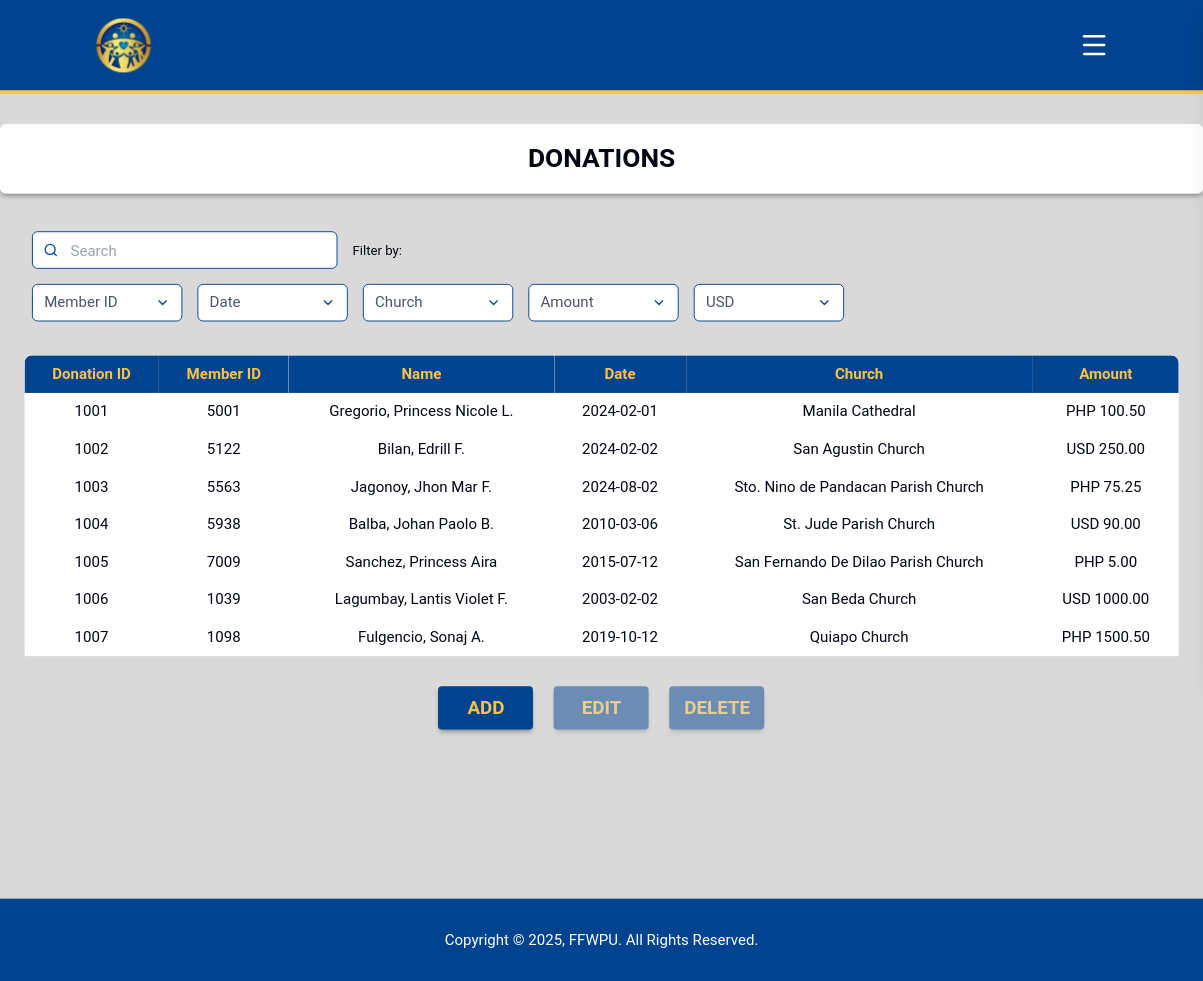
Repository: CoderTofu/FFWPU_System
Page: /donation
These files come from the project's save history. The page is drawn as it stood at one moment and after the next save; the edit follows.
The browser window is 1280 px wide. The pictures show the whole page, at 94% of full size.
The project was rebuilt for these pictures with package versions that can differ from the ones it lists, and the page was loaded fresh each time. The framework's server and built-in components were replaced by stand-ins that run in the browser. Also part of the build but not shown: next.config.ts, src/components/NavbarPublic.tsx, src/components/FooterPublic.tsx, src/lib/utils.ts, src/components/ui/dialog.tsx, src/components/ui/button.tsx, src/components/Modal.tsx.

Above is the page before, as saved 2025-03-07 10:59:56.

### src/app/layout.tsx
import type { Metadata } from "next";
import "./globals.css";
import Preloader from "../components/Preloader";
import LayoutWrapper from "@/components/LayoutWrapper";

export const metadata: Metadata = {
  title: "FFWPU-System",
  description: "Created to help the FFWPU organization",
};

export default function RootLayout({
  children,
}: Readonly<{ children: React.ReactNode }>) {
  return (
    <html lang="en">
      <link rel="icon" href="/icons/ffwpu_icon.svg" sizes="any" />
      <body className="antialiased min-h-screen flex flex-col bg-[#f1f1f1]">
        <Preloader />
        <LayoutWrapper>{children}</LayoutWrapper>
      </body>
    </html>
  );
}

### src/app/globals.css
@tailwind base;
@tailwind components;
@tailwind utilities;

@import url("https://fonts.googleapis.com/css2?family=Roboto:ital,wght@0,100..900;1,100..900&display=swap");

:root {
  --roboto-font: "Roboto", "arial";
}

* {
  font-family: var(--roboto-font);
}



@layer base {
  :root {
    --background: 0 0% 100%;
    --foreground: 224 71.4% 4.1%;
    --card: 0 0% 100%;
    --card-foreground: 224 71.4% 4.1%;
    --popover: 0 0% 100%;
    --popover-foreground: 224 71.4% 4.1%;
    --primary: 220.9 39.3% 11%;
    --primary-foreground: 210 20% 98%;
    --secondary: 220 14.3% 95.9%;
    --secondary-foreground: 220.9 39.3% 11%;
    --muted: 220 14.3% 95.9%;
    --muted-foreground: 220 8.9% 46.1%;
    --accent: 220 14.3% 95.9%;
    --accent-foreground: 220.9 39.3% 11%;
    --destructive: 0 84.2% 60.2%;
    --destructive-foreground: 210 20% 98%;
    --border: 220 13% 91%;
    --input: 220 13% 91%;
    --ring: 224 71.4% 4.1%;
    --chart-1: 12 76% 61%;
    --chart-2: 173 58% 39%;
    --chart-3: 197 37% 24%;
    --chart-4: 43 74% 66%;
    --chart-5: 27 87% 67%;
    --radius: 0.5rem;
  }
  .dark {
    --background: 224 71.4% 4.1%;
    --foreground: 210 20% 98%;
    --card: 224 71.4% 4.1%;
    --card-foreground: 210 20% 98%;
    --popover: 224 71.4% 4.1%;
    --popover-foreground: 210 20% 98%;
    --primary: 210 20% 98%;
    --primary-foreground: 220.9 39.3% 11%;
    --secondary: 215 27.9% 16.9%;
    --secondary-foreground: 210 20% 98%;
    --muted: 215 27.9% 16.9%;
    --muted-foreground: 217.9 10.6% 64.9%;
    --accent: 215 27.9% 16.9%;
    --accent-foreground: 210 20% 98%;
    --destructive: 0 62.8% 30.6%;
    --destructive-foreground: 210 20% 98%;
    --border: 215 27.9% 16.9%;
    --input: 215 27.9% 16.9%;
    --ring: 216 12.2% 83.9%;
    --chart-1: 220 70% 50%;
    --chart-2: 160 60% 45%;
    --chart-3: 30 80% 55%;
    --chart-4: 280 65% 60%;
    --chart-5: 340 75% 55%;
  }
}



@layer base {
  * {
    @apply border-border outline-ring/50;
  }
  body {
    @apply bg-background text-foreground;
  }
}

### src/components/Preloader.tsx
"use client";

import { useState, useEffect } from "react";

export default function Preloader() {
  const [loading, setLoading] = useState(true);

  useEffect(() => {
    const timer = setTimeout(() => {
      setLoading(false);
    }, 1000); // Adjust this time as needed

    return () => clearTimeout(timer);
  }, []);

  if (!loading) return null;

  return (
    <div className="fixed inset-0 z-50 flex items-center justify-center bg-white">
      <div className="h-16 w-16 animate-spin rounded-full border-4 border-solid border-primary border-t-transparent"></div>
    </div>
  );
}

### src/components/LayoutWrapper.tsx
"use client";

import { usePathname } from "next/navigation";
import NavbarPublic from "@/components/navbarPublic";
import NavbarPrivate from "@/components/navbarPrivate";
import FooterPublic from "@/components/footerPublic";
import FooterPrivate from "@/components/footerPrivate";

export default function LayoutWrapper({
  children,
}: {
  children: React.ReactNode;
}) {
  const pathname = usePathname();

  // Define private routes
  const isPublic =
    pathname.startsWith("/about") ||
    pathname.startsWith("/contact") ||
    pathname.startsWith("/login") ||
    pathname.endsWith("/"); // Home page

  return (
    <>
      {isPublic ? <NavbarPublic /> : <NavbarPrivate />}
      <main className="min-h-screen flex-grow">{children}</main>
      {isPublic ? <FooterPublic /> : <FooterPrivate />}
    </>
  );
}

### src/components/Table.tsx
"use client";  // Sabi ni chatgpt need ito hahaha

import React, { useState, useEffect, useRef } from "react";
import { useRouter } from "next/navigation";

interface TableProps {
  data: { [key: string]: any }[];
  columns: { [key in "lg" | "md" | "sm"]: string[] };
  rowDoubleClickPath?: string; // Path where the row should redirect
  onRowSelect?: (row: any | null) => void;
}

const Table: React.FC<TableProps> = ({ data, columns, rowDoubleClickPath, onRowSelect}) => {
  const [tableSize, setTableSize] = useState<"lg" | "md" | "sm">("lg");
  const [selectedRow, setSelectedRow] = useState<number | null>(null);
  const router = useRouter();
  const tableRef = useRef<HTMLDivElement>(null);

  // Automatically update table size based on screen width
  useEffect(() => {
    const updateTableSize = () => {
      const width = window.innerWidth;
      if (width >= 1024) setTableSize("lg");
      else if (width >= 768) setTableSize("md");
      else setTableSize("sm");
    };

    updateTableSize(); // Set initial size
    window.addEventListener("resize", updateTableSize);
    return () => window.removeEventListener("resize", updateTableSize);
  }, []);

  const visibleHeaders = columns[tableSize];

  {/*Handles Single Click Selection*/}
  const handleRowClick = (index: number, row: any) => {
    setSelectedRow(index);
    if (onRowSelect) {
      onRowSelect(row); // Send selected row to parent component
    }
  };

  {/*Handles Clicks Outside Rows to Deselect*/}
  useEffect(() => {
    const handleClickOutside = (event: MouseEvent) => {
      if (tableRef.current && !tableRef.current.contains(event.target as Node)) {
        setSelectedRow(null);
        if (onRowSelect) {
          onRowSelect(null); // Notify parent
        }
      }
    };

    document.addEventListener("click", handleClickOutside);
    return () => document.removeEventListener("click", handleClickOutside);
  }, []);

  {/*Handles Double Click Redirection*/}
  const handleRowDoubleClick = (row: any) => {
    if (rowDoubleClickPath) {
      router.push(`${rowDoubleClickPath}/${row.ID}`); // Redirect with ID in URL
    }
  };

  return (
    <div ref={tableRef} className="overflow-x-auto min-h-[300px] max-h-[450px] overflow-y-auto rounded-lg">
      <table className="min-w-full border-gray-300 bg-white rounded-lg">
        {/* Table Head */}
        <thead className="bg-gray-200 sticky top-0">
          <tr className="bg-[#01438F] text-[#FCC346] cursor-pointer">
            {visibleHeaders.map((header) => (
              <th key={header} className="px-4 py-2 text-center top-0">
                {header}
              </th>
            ))}
          </tr>
        </thead>

        {/* Table Body */}
        <tbody>
          {data.map((row, index) => (
            <tr key={index} className={`cursor-pointer transition
              ${selectedRow === index ? "bg-[#E7E6E6]" : "hover:bg-[#E7E6E6]"}`}
            onClick={() => handleRowClick(index, row)}
            onDoubleClick={() => handleRowDoubleClick(row)}>
              {visibleHeaders.map((header) => (
                <td key={header} className="px-4 py-2 text-center">
                  {row[header] ?? "-"}
                </td>
              ))}
            </tr>
          ))}
        </tbody>
      </table>
    </div>
  );
};

export default Table;

### src/components/DonationModals.tsx
"use client";
import { useRef, useEffect, useState } from "react";
import { ChevronDown, Search } from "lucide-react";

interface DataItem {
  "Donation ID": number;
  "Member ID": number;
  Name: string;
  Date: string;
  Church: string;
  Amount: string;
}

interface FilterDropdownProps {
  handleSort: (key: keyof DataItem, order: "asc" | "desc") => void;
  openSortDropdown: string | null;
  toggleSortDropdown: (dropdown: string | null) => void;
}

const exchangeRates = {
  USD: 1,
  PHP: 55, // Example: 1 USD = 55 PHP
};

// donation-modals.tsx

export default function DonationModals({
  handleSort,
  openSortDropdown,
  toggleSortDropdown,
}: FilterDropdownProps) {
  const dropdownRef = useRef<HTMLDivElement>(null);
  const [selectedFilters, setSelectedFilters] = useState<{ [key: string]: string }>({});
  const [currency, setCurrency] = useState<string>("USD");

  useEffect(() => {
    const handleClickOutside = (event: MouseEvent) => {
      if (dropdownRef.current && !dropdownRef.current.contains(event.target as Node)) {
        toggleSortDropdown(null);
      }
    };
    document.addEventListener("mousedown", handleClickOutside);
    return () => document.removeEventListener("mousedown", handleClickOutside);
  }, [toggleSortDropdown]);

  const filterKeyMap: { [key: string]: keyof DataItem } = {
    "Member ID": "Member ID",
    Date: "Date",
    Church: "Church",
    Amount: "Amount",
  };

  const handleCurrencyChange = (selectedCurrency: string) => {
    setCurrency(selectedCurrency);
  };

  return (
    <div className="flex flex-wrap items-center gap-4">
      <div className="relative min-w-[250px] sm:w-[275px] md:w-[300px] lg:w-[325px]">
        <Search className="absolute left-3 top-1/2 transform -translate-y-1/2 w-4 h-4 text-[#01438F]" />
        <input
          className="w-full h-10 pl-10 border border-[#01438F] rounded-md outline-none"
          type="text"
          placeholder="Search"
        />
      </div>

      <span className="text-[14px] flex-wrap sm:w-auto w-full">Filter by:</span>

      <div ref={dropdownRef} className="flex flex-wrap items-center gap-4 sm:w-auto">
        {["Member ID", "Date", "Church", "Amount"].map((filter) => (
          <div key={filter} className="relative">
            <button
              onClick={() => toggleSortDropdown(openSortDropdown === filter ? null : filter)}
              className="w-[120px] md:w-[140px] lg:w-[160px] h-10 border border-[#01438F] rounded-md px-3 outline-none bg-white text-gray-600 flex justify-between items-center"
            >
              {filter}
              <ChevronDown className="w-4 h-4 text-[#01438F]" />
            </button>

            {openSortDropdown === filter && (
              <div className="absolute mt-1 w-full bg-white border border-[#01438F] rounded-md shadow-md z-10">
                <label className="flex items-center px-3 py-2 hover:bg-gray-200 hover:rounded-sm">
                  <input
                    type="radio"
                    name={filter}
                    className="mr-2"
                    checked={selectedFilters[filter] === "Ascending"}
                    onChange={() => {
                      setSelectedFilters({ ...selectedFilters, [filter]: "Ascending" });
                      handleSort(filterKeyMap[filter], "asc");
                      toggleSortDropdown(null);
                    }}
                  />
                  Ascending
                </label>
                <label className="flex items-center px-3 py-2 hover:bg-gray-200 hover:rounded-sm">
                  <input
                    type="radio"
                    name={filter}
                    className="mr-2"
                    checked={selectedFilters[filter] === "Descending"}
                    onChange={() => {
                      setSelectedFilters({ ...selectedFilters, [filter]: "Descending" });
                      handleSort(filterKeyMap[filter], "desc");
                      toggleSortDropdown(null);
                    }}
                  />
                  Descending
                </label>
              </div>
            )}
          </div>
        ))}

        {/* Currency Selector should be handled as its own dropdown outside of the main filter section */}
        <div className="relative">
          <button
            onClick={() => toggleSortDropdown(openSortDropdown === "Currency" ? null : "Currency")}
            className="w-[120px] md:w-[140px] lg:w-[160px] h-10 border border-[#01438F] rounded-md px-3 outline-none bg-white text-gray-600 flex justify-between items-center"
          >
            {currency}
            <ChevronDown className="w-4 h-4 text-[#01438F]" />
          </button>

          {openSortDropdown === "Currency" && (
            <div className="absolute mt-1 w-full bg-white border border-[#01438F] rounded-md shadow-md z-10">
              <label className="flex items-center px-3 py-2 hover:bg-gray-200 hover:rounded-sm">
                <input
                  type="radio"
                  name="currency"
                  className="mr-2"
                  checked={currency === "USD"}
                  onChange={() => handleCurrencyChange("USD")}
                />
                USD
              </label>
              <label className="flex items-center px-3 py-2 hover:bg-gray-200 hover:rounded-sm">
                <input
                  type="radio"
                  name="currency"
                  className="mr-2"
                  checked={currency === "PHP"}
                  onChange={() => handleCurrencyChange("PHP")}
                />
                PHP
              </label>
            </div>
          )}
        </div>
      </div>
    </div>
  );
}

### src/components/NavbarPrivate.tsx
/* eslint-disable @next/next/no-img-element */
"use client";

import { useState, useEffect } from "react";
import { Menu, X, ArrowRight, CircleUserRound } from "lucide-react"; // Added more icons

export default function NavbarPublic() {
  const [isSidebarOpen, setIsSidebarOpen] = useState(false);

  // Prevent scrolling when sidebar is open
  useEffect(() => {
    if (isSidebarOpen) {
      document.body.style.overflow = "hidden";
    } else {
      document.body.style.overflow = "unset";
    }
    return () => {
      document.body.style.overflow = "unset";
    };
  }, [isSidebarOpen]);

  const navItems = [
    { name: "Member Information", href: "/member" },
    { name: "Worship Event", href: "/worship" },
    { name: "Blessings Management", href: "/blessing" },
    { name: "Donations", href: "/donation" },
    { name: "Reporting", href: "/reporting" },
    { name: "CMS", href: "/cms" },
  ];

  return (
    <div className="bg-[#01438F] border-b-4 border-[#FCC346] text-white p-4 px-[100px] min-h-[100px] flex justify-between items-center">
      {/* Logo */}
      <div className="flex gap-4 items-center">
        <a href={"/"}>
          <img
            src="/icons/ffwpu_icon.svg"
            className="h-full w-auto"
            alt="Site Icon"
          />
        </a>
      </div>

      {/* Mobile Menu Button */}
      <button
        className="transition-transform duration-200 ease-in-out hover:scale-110"
        onClick={() => setIsSidebarOpen(true)}
      >
        <Menu className="w-8 h-8" />
      </button>

      {/* Sidebar (Mobile Navigation) */}
      <div
        className={`z-50 fixed top-0 right-0 w-64 h-full ${
          isSidebarOpen ? "translate-x-0" : "translate-x-full"
        } bg-[#01438F] shadow-xl p-6 flex flex-col gap-6 text-lg transition-all duration-300 border-yellow-400 border-l-8`}
      >
        <div className="flex justify-between items-center mb-8">
          <h2 className="text-2xl font-bold text-yellow-400">FFWPU</h2>
          <button
            className="transition-transform duration-200 ease-in-out hover:scale-110 hover:rotate-90"
            onClick={() => setIsSidebarOpen(false)}
          >
            <X className="w-8 h-8" />
          </button>
        </div>

        <div className="flex flex-col justify-center items-center">
          <CircleUserRound className="w-28 h-28" />
          <h3 className="mt-1 text-xl font-light italic text-center">
            Welcome, <br />
            Admin!
          </h3>
        </div>

        {navItems.map((item, index) => (
          <a
            key={item.name + index}
            className="flex items-center hover:bg-blue-700 p-2 rounded-md transition-all duration-200 hover:translate-x-2 text-base"
            href={item.href}
            onClick={() => setIsSidebarOpen(false)}
          >
            {item.name}
          </a>
        ))}

        <a
          href={"/"}
          className="mt-auto transition-all duration-200 hover:scale-110 justify-center items-center flex "
        >
          <ArrowRight className="w-12 h-12" />
        </a>
      </div>

      {/* Overlay */}
      {isSidebarOpen && (
        <div
          className="fixed inset-0 bg-black bg-opacity-50 z-40 transition-opacity duration-300 ease-in-out"
          onClick={() => setIsSidebarOpen(false)}
        />
      )}
    </div>
  );
}

### src/components/FooterPrivate.tsx
export default function FooterPrivate() {
  return (
    <div className="bg-[#01438F] text-white p-8 text-center">
      Copyright © 2025, FFWPU. All Rights Reserved.
    </div>
  );
}

### tailwind.config.ts
import type { Config } from "tailwindcss";

export default {
    darkMode: ["class"],
    content: [
    "./src/pages/**/*.{js,ts,jsx,tsx,mdx}",
    "./src/components/**/*.{js,ts,jsx,tsx,mdx}",
    "./src/app/**/*.{js,ts,jsx,tsx,mdx}",
    "./src/components/*.{js,ts,jsx,tsx,mdx}",
  ],
  theme: {
  	extend: {
  		borderRadius: {
  			lg: 'var(--radius)',
  			md: 'calc(var(--radius) - 2px)',
  			sm: 'calc(var(--radius) - 4px)'
  		},
  		colors: {
  			background: 'hsl(var(--background))',
  			foreground: 'hsl(var(--foreground))',
  			card: {
  				DEFAULT: 'hsl(var(--card))',
  				foreground: 'hsl(var(--card-foreground))'
  			},
  			popover: {
  				DEFAULT: 'hsl(var(--popover))',
  				foreground: 'hsl(var(--popover-foreground))'
  			},
  			primary: {
  				DEFAULT: 'hsl(var(--primary))',
  				foreground: 'hsl(var(--primary-foreground))'
  			},
  			secondary: {
  				DEFAULT: 'hsl(var(--secondary))',
  				foreground: 'hsl(var(--secondary-foreground))'
  			},
  			muted: {
  				DEFAULT: 'hsl(var(--muted))',
  				foreground: 'hsl(var(--muted-foreground))'
  			},
  			accent: {
  				DEFAULT: 'hsl(var(--accent))',
  				foreground: 'hsl(var(--accent-foreground))'
  			},
  			destructive: {
  				DEFAULT: 'hsl(var(--destructive))',
  				foreground: 'hsl(var(--destructive-foreground))'
  			},
  			border: 'hsl(var(--border))',
  			input: 'hsl(var(--input))',
  			ring: 'hsl(var(--ring))',
  			chart: {
  				'1': 'hsl(var(--chart-1))',
  				'2': 'hsl(var(--chart-2))',
  				'3': 'hsl(var(--chart-3))',
  				'4': 'hsl(var(--chart-4))',
  				'5': 'hsl(var(--chart-5))'
  			}
  		}
  	}
  },
  plugins: [require("tailwindcss-animate")],
} satisfies Config;

Loaded but not shown: src/app/(private)/donation/page.tsx (169 lines, source omitted)

After the next save:
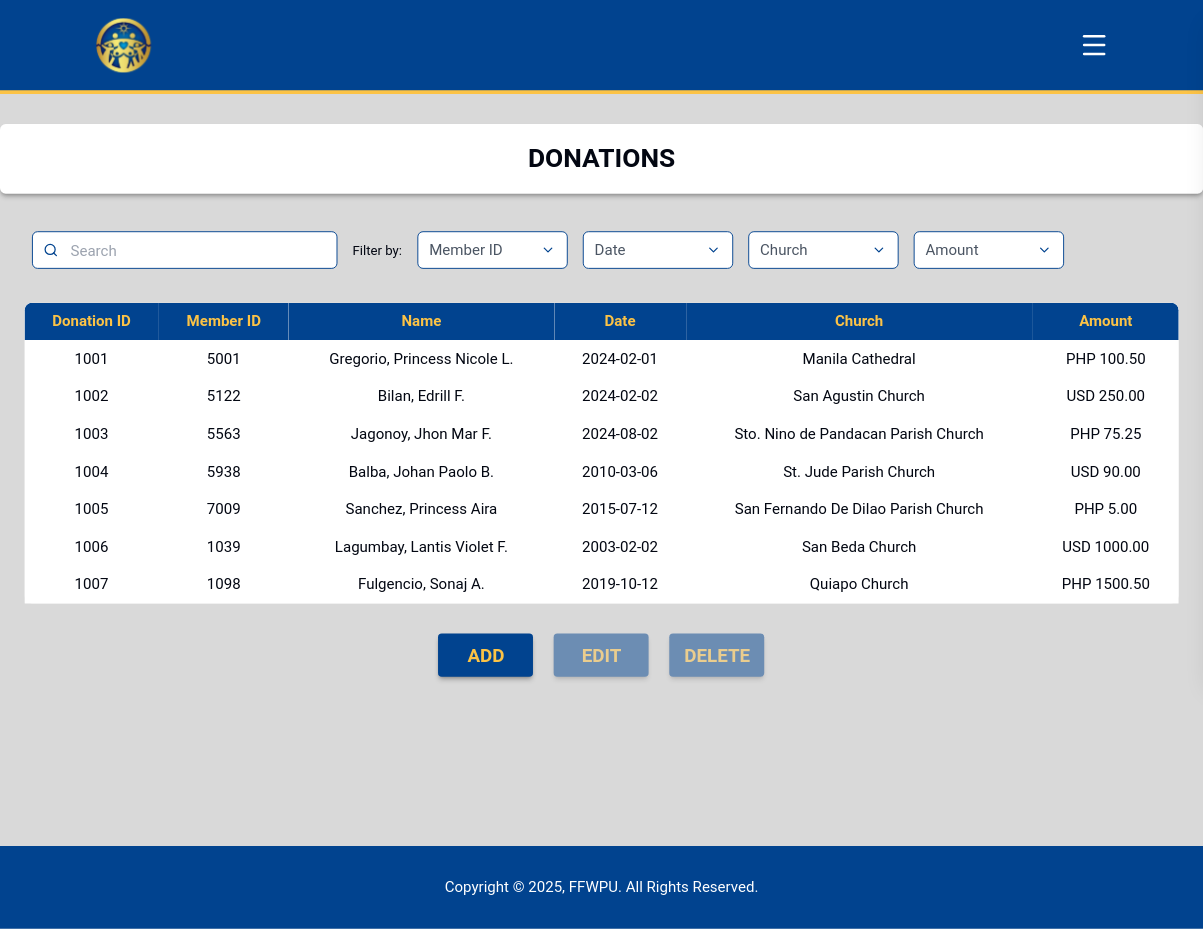
Saved 91 s later.
--- a/src/components/DonationModals.tsx
+++ b/src/components/DonationModals.tsx
@@ -22,8 +22,6 @@
   PHP: 55, // Example: 1 USD = 55 PHP
 };
 
-// donation-modals.tsx
-
 export default function DonationModals({
   handleSort,
   openSortDropdown,
@@ -31,7 +29,6 @@
 }: FilterDropdownProps) {
   const dropdownRef = useRef<HTMLDivElement>(null);
   const [selectedFilters, setSelectedFilters] = useState<{ [key: string]: string }>({});
-  const [currency, setCurrency] = useState<string>("USD");
 
   useEffect(() => {
     const handleClickOutside = (event: MouseEvent) => {
@@ -48,10 +45,6 @@
     Date: "Date",
     Church: "Church",
     Amount: "Amount",
-  };
-
-  const handleCurrencyChange = (selectedCurrency: string) => {
-    setCurrency(selectedCurrency);
   };
 
   return (
@@ -112,42 +105,6 @@
             )}
           </div>
         ))}
-
-        {/* Currency Selector should be handled as its own dropdown outside of the main filter section */}
-        <div className="relative">
-          <button
-            onClick={() => toggleSortDropdown(openSortDropdown === "Currency" ? null : "Currency")}
-            className="w-[120px] md:w-[140px] lg:w-[160px] h-10 border border-[#01438F] rounded-md px-3 outline-none bg-white text-gray-600 flex justify-between items-center"
-          >
-            {currency}
-            <ChevronDown className="w-4 h-4 text-[#01438F]" />
-          </button>
-
-          {openSortDropdown === "Currency" && (
-            <div className="absolute mt-1 w-full bg-white border border-[#01438F] rounded-md shadow-md z-10">
-              <label className="flex items-center px-3 py-2 hover:bg-gray-200 hover:rounded-sm">
-                <input
-                  type="radio"
-                  name="currency"
-                  className="mr-2"
-                  checked={currency === "USD"}
-                  onChange={() => handleCurrencyChange("USD")}
-                />
-                USD
-              </label>
-              <label className="flex items-center px-3 py-2 hover:bg-gray-200 hover:rounded-sm">
-                <input
-                  type="radio"
-                  name="currency"
-                  className="mr-2"
-                  checked={currency === "PHP"}
-                  onChange={() => handleCurrencyChange("PHP")}
-                />
-                PHP
-              </label>
-            </div>
-          )}
-        </div>
       </div>
     </div>
   );
